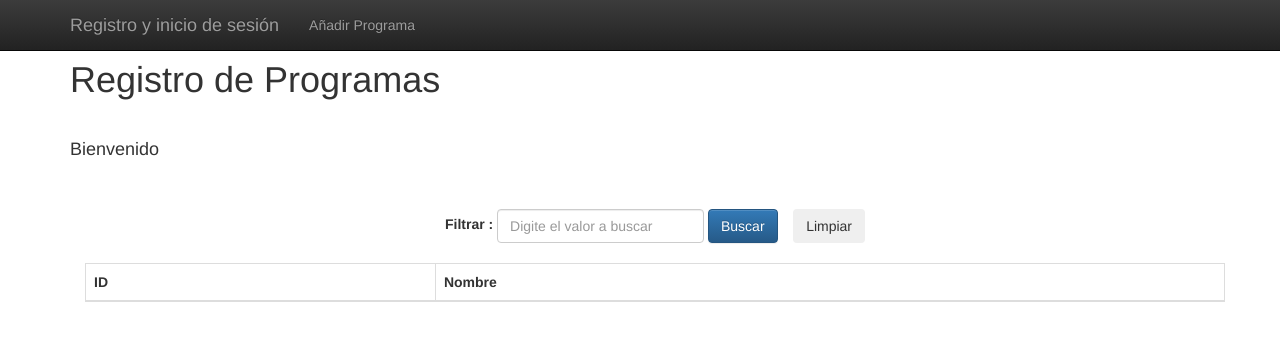
Repository: AndresBR2003/Proyecto-Integrador
Page: http://localhost/index
These files come from the project's save history. The page is drawn as it stood at one moment and after the next save; the edit follows.
The browser window is 1280 px wide. The pictures show the whole page.
The page is this project's Thymeleaf template; nobody is signed in. The template is opened directly, without the code that normally fills it, so the values that code supplies are empty.

Above is the page before, as saved 2023-10-14 22:55:43.

### UnidosPorUnPerúMejor/src/main/resources/templates/index.html
<!DOCTYPE html>
<html xmlns:th="http://www.thymeleaf.org"
	xmlns:sec="http://www.thymeleaf.org/thymeleaf-extras-springsecurity3">
<head>

<meta charset="utf-8">
<title>Inicio</title>
<!-- Latest compiled and minified CSS -->
<link rel="stylesheet"
	href="https://maxcdn.bootstrapcdn.com/bootstrap/3.3.7/css/bootstrap.min.css"
	integrity="sha384-BVYiiSIFeK1dGmJRAkycuHAHRg32OmUcww7on3RYdg4Va+PmSTsz/K68vbdEjh4u"
	crossorigin="anonymous">

<!-- Optional theme -->
<link rel="stylesheet"
	href="https://maxcdn.bootstrapcdn.com/bootstrap/3.3.7/css/bootstrap-theme.min.css"
	integrity="sha384-rHyoN1iRsVXV4nD0JutlnGaslCJuC7uwjduW9SVrLvRYooPp2bWYgmgJQIXwl/Sp"
	crossorigin="anonymous">
</head>
<body>


	<nav class="navbar navbar-inverse navbar-fixed-top">
		<div class="container">
			<div class="navbar-header">
				<button type="button" class="navbar-toggle collapsed"
					data-toggle="collapse" data-target="#navbar" aria-expanded="false"
					aria-controls="navbar">
					<span class="sr-only">Toggle navigation</span> <span
						class="icon-bar"></span> <span class="icon-bar"></span> <span
						class="icon-bar"></span>
				</button>
				<a class="navbar-brand" href="#" th:href="@{/}">Registro y
					inicio de sesión</a>
			</div>
			<div id="navbar" class="collapse navbar-collapse">
				<ul class="nav navbar-nav">
					<li sec:authorize="isAuthenticated()"><a th:href="@{/logout}">Cerrar
							sesión</a></li>
					<li><a th:href="@{/nuevo}">Añadir Programa</a></li>
				</ul>
			</div>
		</div>
	</nav>

	<br>
	<br>

	<div class="container">
		<h1>Registro de Programas</h1>
		<br>
		<h4>
			Bienvenido <span sec:authentication="principal.username"></span>
		</h4>

		<br> <br>
		<div class="container text-center">
			<form class="form-inline" th:action="@{/programas}">
				<div class="form-group mb-2">
					<label>Filtrar : </label>
				</div>
				<div class="form-group mx-sm-3 mb-2">
					<input type="text" name="palabraClave" class="form-control" id="palabraClave" th:value="${palabraClave}" placeholder="Digite el valor a buscar" required>
				</div>
				<input type="submit" class="btn btn-primary mb-2" value="Buscar">
				&nbsp;&nbsp;
				<input type="submit" class="btn btn-secondary mb-2" value="Limpiar" onclick="limpiarCampos()">
			</form>
			<br>

		<table class="table table-striped table-bordered">
			<thead class="table-dark">
				<tr>
					<th>ID</th>
					<th>Nombre</th>
				</tr>
			</thead>
			<tbody>
				<tr th:each="p: ${listaProgramas}">
					<td th:text="${p.idPro}"></td>
					<td th:text="${p.nombrePro}"></td>
					<td>
						<a class="btn btn-primary" th:href="@{'/editar/' + ${p.idPro}}">Editar</a>
						&nbsp;
						<a class="btn btn-danger" th:href="@{'/eliminar/' + ${p.idPro}}">Eliminar</a>
					</td>
				</tr>
			</tbody>
		</table>
		</div>
		<script type="text/javascript">
		function limpiarCampos() {
			window.location='/programas';
		}
		</script>
	</div>



	<!-- Latest compiled and minified JavaScript
	<script
		src="https://maxcdn.bootstrapcdn.com/bootstrap/3.3.7/js/bootstrap.min.js"
		integrity="sha384-Tc5IQib027qvyjSMfHjOMaLkfuWVxZxUPnCJA7l2mCWNIpG9mGCD8wGNIcPD7Txa"
		crossorigin="anonymous">
		</script>-->




</body>
</html>

After the next save:
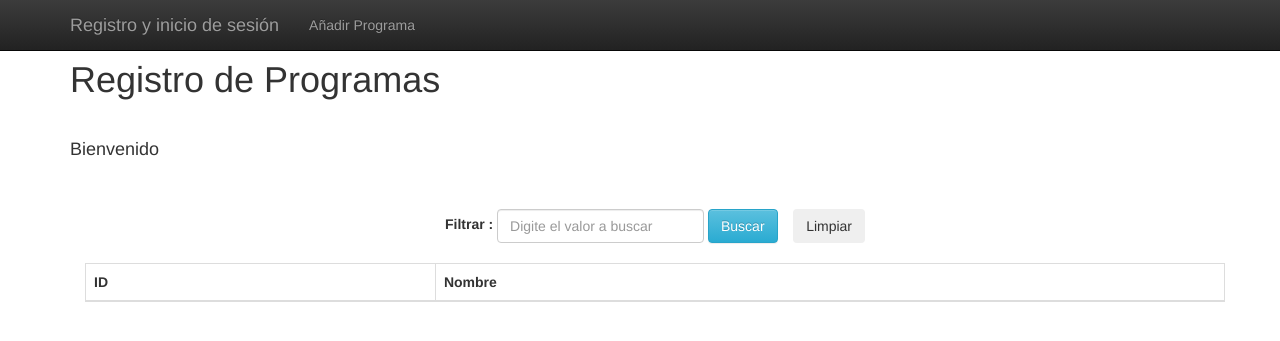
Saved 43 s later.
--- a/UnidosPorUnPerúMejor/src/main/resources/templates/index.html
+++ b/UnidosPorUnPerúMejor/src/main/resources/templates/index.html
@@ -62,7 +62,7 @@
 				<div class="form-group mx-sm-3 mb-2">
 					<input type="text" name="palabraClave" class="form-control" id="palabraClave" th:value="${palabraClave}" placeholder="Digite el valor a buscar" required>
 				</div>
-				<input type="submit" class="btn btn-primary mb-2" value="Buscar">
+				<input type="submit" class="btn btn-info mb-2" value="Buscar">
 				&nbsp;&nbsp;
 				<input type="submit" class="btn btn-secondary mb-2" value="Limpiar" onclick="limpiarCampos()">
 			</form>
